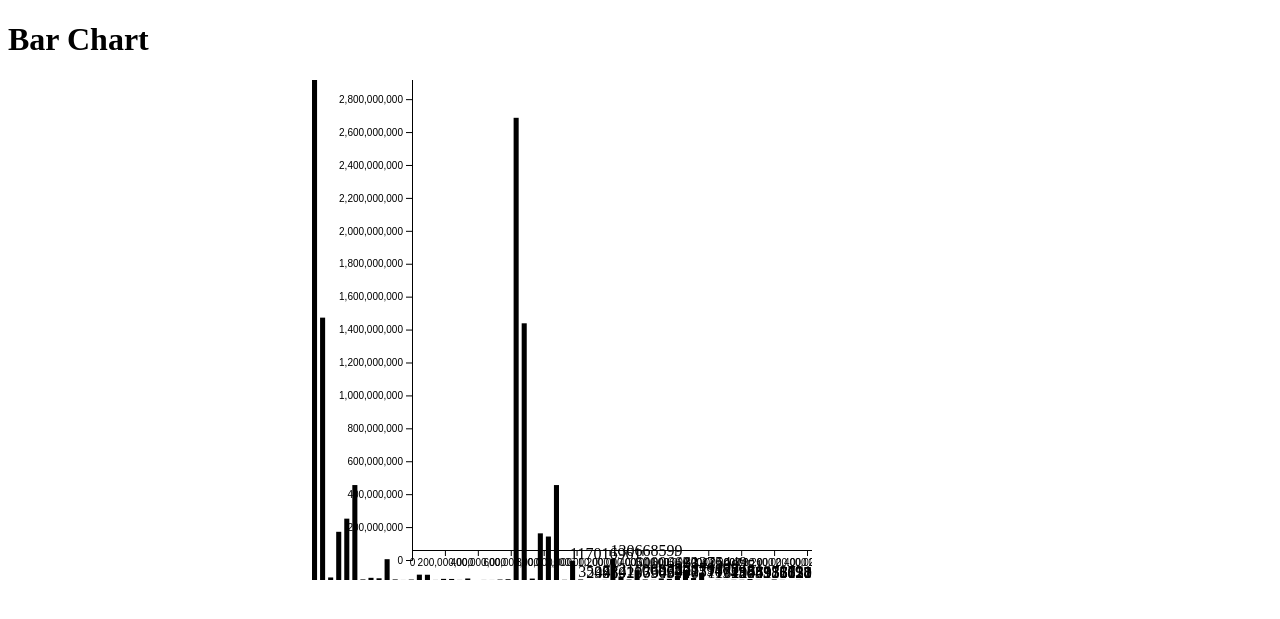
Repository: komalharjani/d3js-visualisation
Page: index.html
The author's editor kept a copy of each file at every save. The page is drawn from the files as they stood at one save, then again after the next save.
The browser window is 1280 px wide. The pictures show the whole page.

Above is the page before, as saved 2020-04-29 18:18:06.

After the next save:
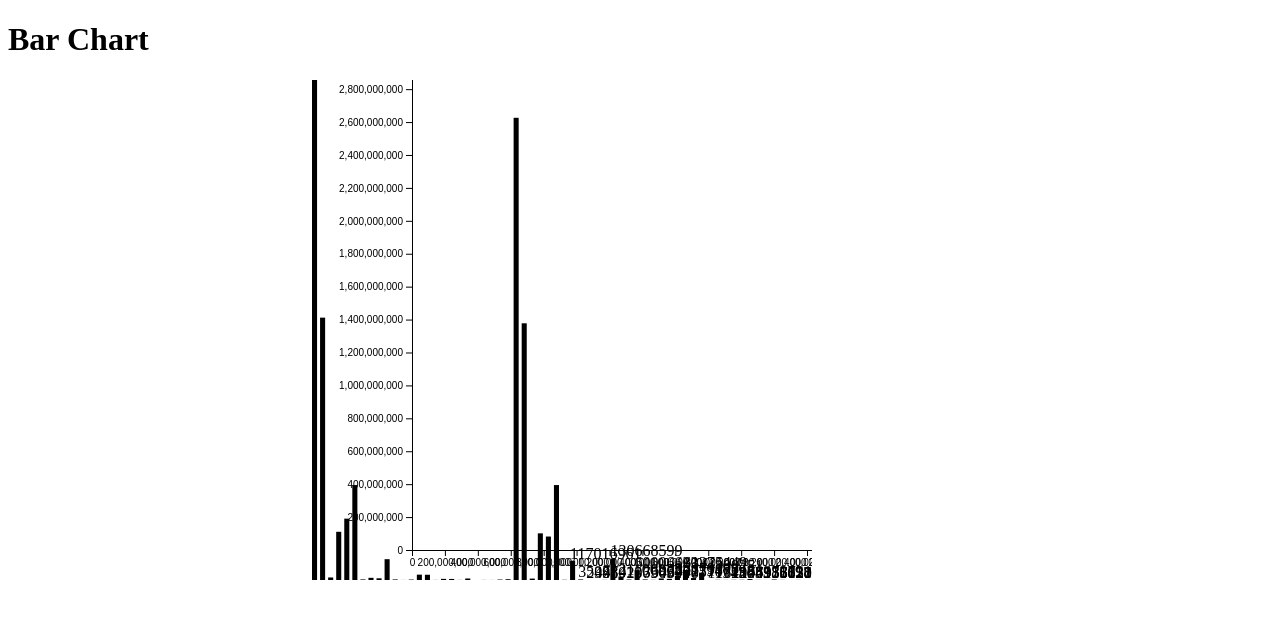
Saved 5 s later.
--- a/index.js
+++ b/index.js
@@ -52,7 +52,7 @@ d3.csv(dataPath)
                         .scale(yscale);
 
                 svg.append("g")
-                        .attr("transform", "translate(100,-20)")
+                        .attr("transform", "translate(100,-30)")
                         .call(y_axis)
 
 
